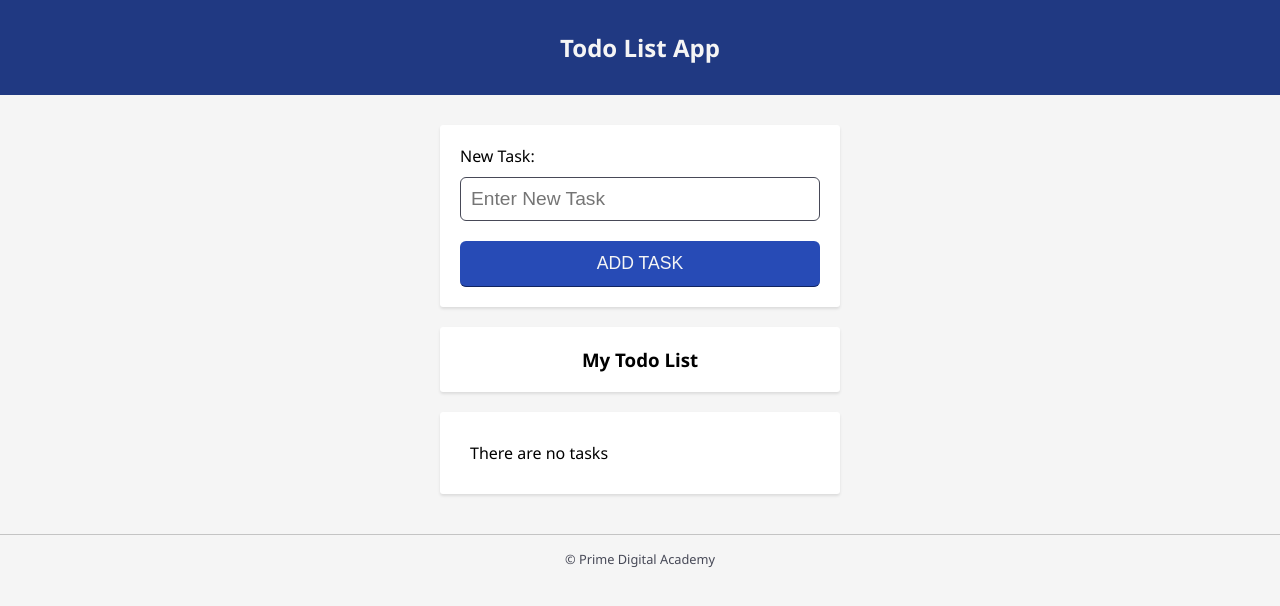
Repository: ryanmgregory/ursus-todo-list
Page: index.html
These files come from the project's save history. The page is drawn as it stood at one moment and after the next save; the edit follows.
The browser window is 1280 px wide. The pictures show the whole page.

Above is the page before, as saved 2020-03-20 08:04:39.

### index.html
<!DOCTYPE html>
<html lang="en">
  <head>
    <meta charset="UTF-8" />
    <meta name="viewport" content="width=device-width, initial-scale=1.0" />
    <link rel="stylesheet" href="style.css" />
    <script src="jquery-3.4.1.min.js" type="text/javascript"></script>
    <script src="javascript.js" type="text/javascript"></script>

    <title>Todo List</title>
  </head>
  <body>
    <header class="appBar">
      <h1 class="appBar-title">Todo List App</h1>
    </header>
    <!-- ASSIGNMENT CONTENT GOES BELOW HERE -->

    <!--Input field with "New Task" label.  "Add Task" BTN.  -->
    <div class="panel">
      <form class="js-form-add">
        <label class="fieldLabel">New Task:</label>
        <input
          class="js-input-task inputField"
          type="text"
          placeholder="Enter New Task"
        />
        <button class="btn btn_fullWidth" type="submit">ADD TASK</button>
      </form>
    </div>

    <!-- h3 "My To Do List"  -->
    <h3 class="panel">My Todo List</h3>
    <!-- <UL> <OL single item: "There are no tasks in it"/>  -->
    <div class="panel">
      <ul class="js-unordered-list stackedList">
        <li class="js-single-item-list">
          There are no tasks
        </li>
      </ul>
    </div>
    <footer class="footer">
      &copy; Prime Digital Academy
    </footer>
  </body>
</html>

### style.css
/* ----------------------------------------
** Element Resets
** ---------------------------------------- */

h3 {
  text-align: center;
}

html,
body {
  margin: 0;
  height: 100%;
  background-color: #f5f5f5;
  font-family: "Segoe UI", Tahoma, Geneva, Verdana, sans-serif;
}

/* ----------------------------------------
** Footer
** ---------------------------------------- */

.footer {
  margin: 40px 0 0;
  padding: 15px 20px;
  border-top: 1px solid rgb(0, 0, 0, 0.2);
  color: #474957;
  text-align: center;
  font-size: 0.8rem;
}

/* ----------------------------------------
** App Bar
** ---------------------------------------- */

.appBar {
  margin: 0 0 30px;
  padding: 15px 20px;
  background-color: #203982;
  color: #f5f5f5;
  text-align: center;
}

.appBar-title {
  font-size: 1.5rem;
}

/* ----------------------------------------
** Panel
** - wrapping element meant to give the look
**   of a raised box
** ---------------------------------------- */

.panel {
  margin: 0 auto;
  padding: 20px;
  max-width: 90%;
  width: 400px;
  box-sizing: border-box;
  background-color: #ffffff;
  border-radius: 3px;
  box-shadow: 0 2px 3px rgb(0, 0, 0, 0.1);
}

.panel + .panel {
  margin-top: 20px;
}

/* ----------------------------------------
** Button
** - interactive element for clickable buttons
** ---------------------------------------- */

.btn {
  padding: 12px 18px;
  box-sizing: border-box;
  border-radius: 6px;
  background: #274bb6;
  border-width: 0;
  border-bottom: 1px solid #102461;
  color: #f5f5f5;
  text-align: center;
  font-size: 1.1rem;
  text-transform: uppercase;
  cursor: pointer;
}

.btn:hover {
  background-color: #102461;
}

.btn:disabled {
  border-width: 0;
  background-color: #b2b6d3;
  cursor: not-allowed;
}

.btn_fullWidth {
  width: 100%;
}

/* ----------------------------------------
** Form Fields
** - styling for both standard input and label
** ---------------------------------------- */

.fieldLabel {
  display: block;
  margin: 0 0 10px;
}

.inputField {
  margin: 0 0 20px;
  padding: 10px;
  width: 100%;
  box-sizing: border-box;
  border-radius: 6px;
  border: 1px solid #474957;
  font-size: 1.2rem;
}

/* ----------------------------------------
** Stacked List
** - meant for the element wrapping a list
**   of items
** ---------------------------------------- */

.stackedList {
  margin: 0;
  padding: 0;
  list-style: none;
}

.stackedList > * {
  display: flex;
  justify-content: space-between;
  align-items: center;
  padding: 10px;
  width: 100%;
  box-sizing: border-box;
}

.stackedList > * + * {
  border-top: 1px solid #75788d;
}

/* ----------------------------------------
** Actions and State
** - utility classes to alter a visual
** ---------------------------------------- */

.isComplete {
  background-color: #a8f0d4;
}

### javascript.js
$(document).ready(init);
// create addTask ready on page load
const todoArray = [];

function init() {
  $(".js-form-add").on("click", ".btn", addTask);
  // $(".js-unordered-list").on("click", ".js-btn-complete", toggleBtn);
}

const taskObject = {
  taskName: $(".js-input-task").val(),
  complete: false
};
// addTask function to receive task (as object) into array
// create object with name (string) & complete (boolean)
// added prevent default event to stop the page from reloading

function addTask(event) {
  event.preventDefault();
  console.log("in addTask");

  const taskObject = {
    taskName: $(".js-input-task").val(),
    complete: false
  };
  todoArray.push(taskObject);
  console.log("to do array:", todoArray);
  emptyField();
  render();
}

// empty input field after addTask
function emptyField() {
  $(".js-input-task").val("");
}

// Display object from array on <ul> on DOM
// empty array before each push
function render() {
  $(".js-unordered-list").empty();
  for (let i = 0; i < todoArray.length; i++) {
    const individualTask = todoArray[i];
    $(".js-unordered-list").append(`
        <div>
        <li>${individualTask.taskName}<button class="btn js-btn-complete">COMPLETE</button>  </li>
        <div>
        `);
  }
}

// btn click event to change value of object to true

// function toggleBtn() {
//   $(this.value === false);
// }

//   console.log("in ToGgLe!!!");
//   if (($(this.parent()) = false)) {
//     console.log("its false");
//   }
//   if (($(this.parent()) = true)) {
//     console.log("its true");
//   }
// }

//   for (let i = 0; i < todoArray.length; i++) {
//     const individualTask = todoArray[i];
//     $(this).toggle($({.complete} = true));
//   }

// // console.log("todoArray:", todoArray);

// function toggleBtn() {
//   console.log("in ToGgLe!!!");
//   console.log("todoArray:", todoArray);
//   for (let i = 0; i < todoArray.length; i++) {
//     const individualTask = todoArray[i];
//     $(".js-unordered-list").append(`
//   <div>
//   <button class="js-btn-complete"${(individualTask.complete = true)}>COMPLETE</button>  </li>
//   <div>
//   `);
//   }
// }

Loaded but not shown: jquery-3.4.1.min.js (library)

After the next save:
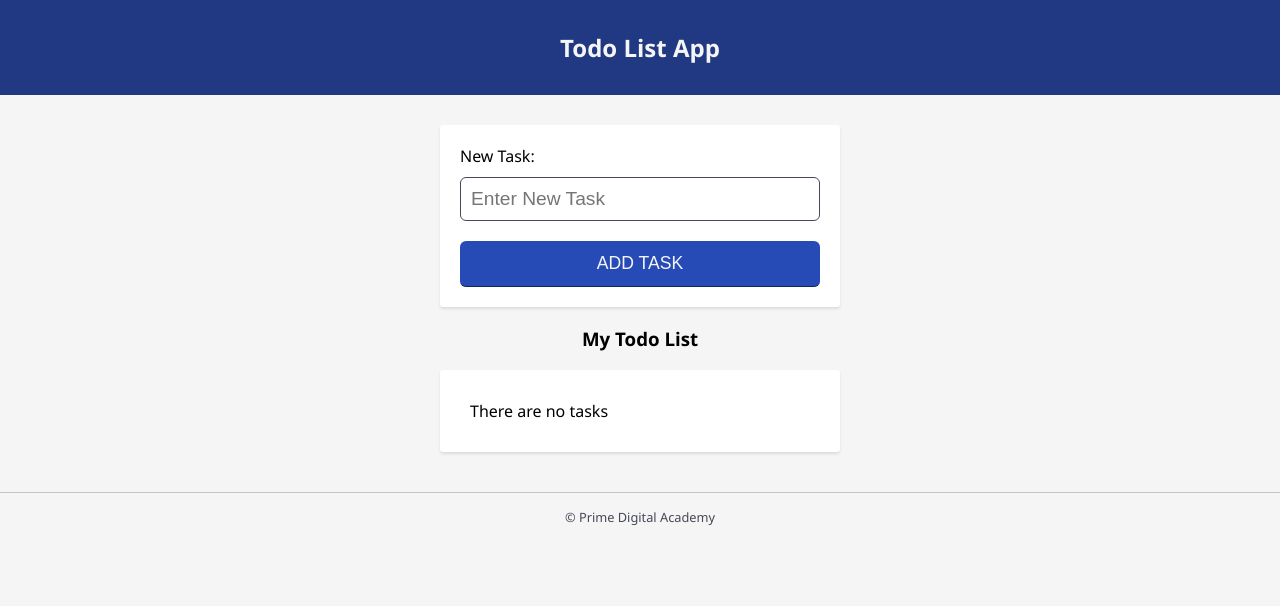
Saved 14 s later.
--- a/index.html
+++ b/index.html
@@ -29,7 +29,7 @@
     </div>
 
     <!-- h3 "My To Do List"  -->
-    <h3 class="panel">My Todo List</h3>
+    <h3>My Todo List</h3>
     <!-- <UL> <OL single item: "There are no tasks in it"/>  -->
     <div class="panel">
       <ul class="js-unordered-list stackedList">
